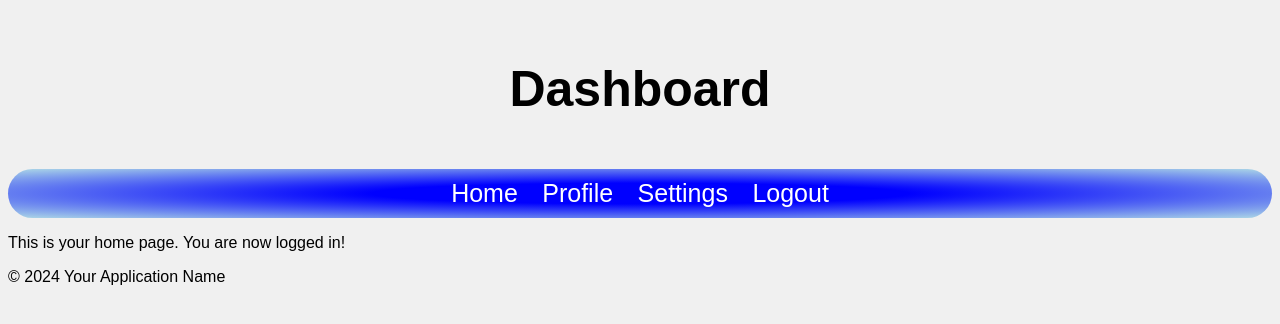
Repository: SriramulaNamithaReddy/Internship_projects
Page: http://localhost/home
These files come from the project's save history. The page is drawn as it stood at one moment and after the next save; the edit follows.
The browser window is 1280 px wide. The pictures show the whole page.
The pointer rests on the first visible `a`.
The page is this project's Thymeleaf template; nobody is signed in. The template is opened directly, without the code that normally fills it, so the values that code supplies are empty.

Above is the page before, as saved 2024-10-12 07:22:21.

After the next save:
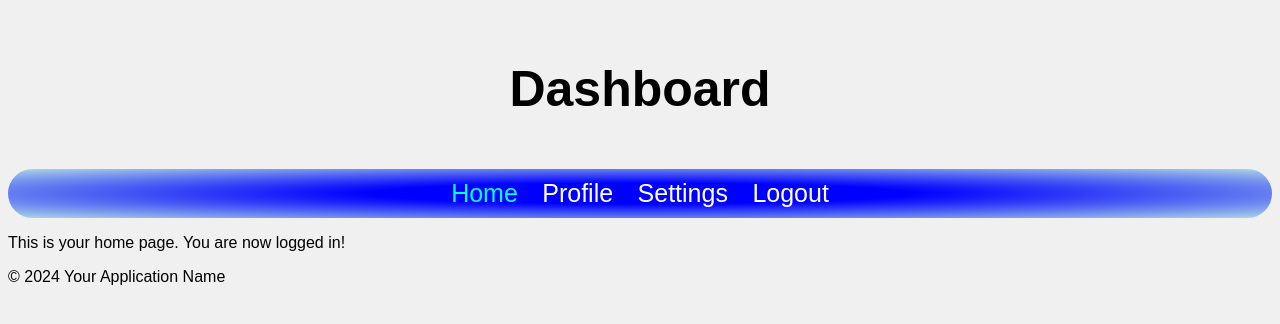
Saved 70 s later.
--- a/SecureUserAuthentication/src/main/resources/templates/home.html
+++ b/SecureUserAuthentication/src/main/resources/templates/home.html
@@ -13,7 +13,7 @@
 			color: rgb(255, 255, 255);
 		}
         a:hover {
-			text-decoration:cyan;
+			color: aqua;
 
 			}
         .navbar{
